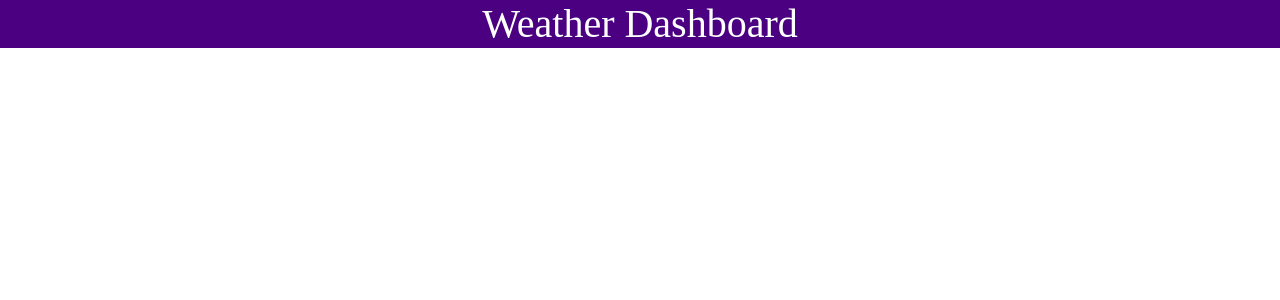
Repository: Llenrocc/Weather_API
Page: index.html
These files come from the project's save history. The page is drawn as it stood at one moment and after the next save; the edit follows.
The browser window is 1280 px wide. The pictures show the whole page.
Some web fonts or font styles are not loaded; a fallback is used.

Above is the page before, as saved 2020-07-17 21:55:26.

### index.html
<!DOCTYPE html>
<html lang="en">
<head>
    <meta charset="UTF-8">
    <meta name="viewport" content="width=device-width, initial-scale=1.0">
    <link rel="stylesheet" href="https://stackpath.bootstrapcdn.com/bootstrap/4.5.0/css/bootstrap.min.css" integrity="sha384-9aIt2nRpC12Uk9gS9baDl411NQApFmC26EwAOH8WgZl5MYYxFfc+NcPb1dKGj7Sk" crossorigin="anonymous">
    <link rel="stylesheet" href="style.css">
    <link href="https://fonts.googleapis.com/css2?family=Just+Another+Hand&family=Sedgwick+Ave&display=swap" rel="stylesheet">
    <title>Weather Dashboard</title>
</head>
<body>
    <div class = "header">
        <h1>Weather Dashboard</h1>
    </div>


    <script src="script.js"></script>
    <script src="https://code.jquery.com/jquery-3.5.1.min.js" integrity="sha256-9/aliU8dGd2tb6OSsuzixeV4y/faTqgFtohetphbbj0=" crossorigin="anonymous"></script>
    <script src="https://code.jquery.com/jquery-3.5.1.slim.min.js" integrity="sha384-DfXdz2htPH0lsSSs5nCTpuj/zy4C+OGpamoFVy38MVBnE+IbbVYUew+OrCXaRkfj" crossorigin="anonymous"></script>
    <script src="https://cdn.jsdelivr.net/npm/popper.js@1.16.0/dist/umd/popper.min.js" integrity="sha384-Q6E9RHvbIyZFJoft+2mJbHaEWldlvI9IOYy5n3zV9zzTtmI3UksdQRVvoxMfooAo" crossorigin="anonymous"></script>
    <script src="https://stackpath.bootstrapcdn.com/bootstrap/4.5.0/js/bootstrap.min.js" integrity="sha384-OgVRvuATP1z7JjHLkuOU7Xw704+h835Lr+6QL9UvYjZE3Ipu6Tp75j7Bh/kR0JKI" crossorigin="anonymous"></script>
</body>
</html>

### style.css
.header {
    text-align: center;
    background-color: #4B0082;
    color: white;
    font-family: 'Just Another Hand', cursive;
    font-size: 15rem;
}

Loaded but not shown: script.js (no copy from this time; the picture is the same without it)

After the next save:
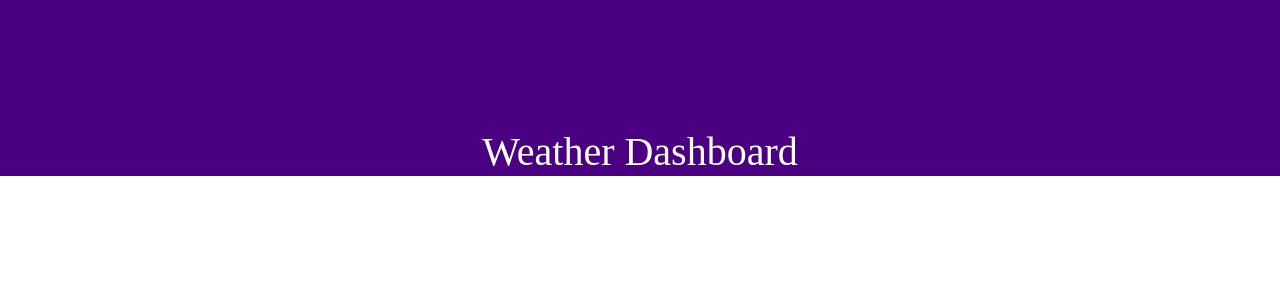
Saved 22 s later.
--- a/style.css
+++ b/style.css
@@ -1,4 +1,5 @@
 .header {
+    padding-top: 10%;
     text-align: center;
     background-color: #4B0082;
     color: white;

After the save that followed:
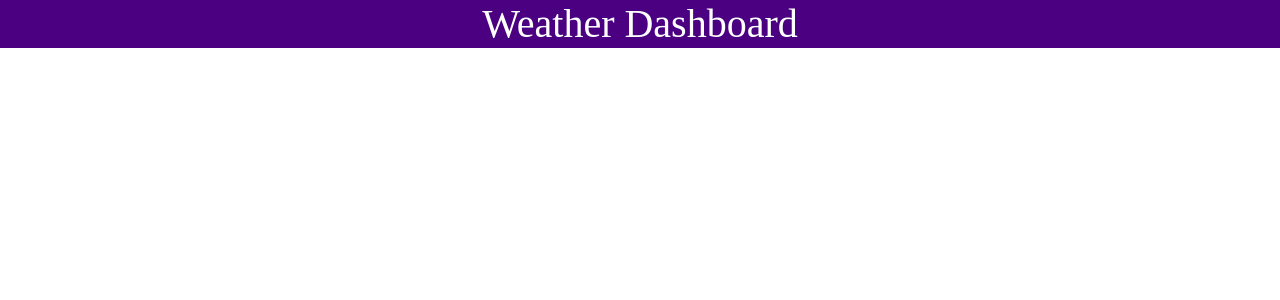
Saved 9 s later.
--- a/style.css
+++ b/style.css
@@ -1,5 +1,5 @@
 .header {
-    padding-top: 10%;
+    padding-top: 5;
     text-align: center;
     background-color: #4B0082;
     color: white;
